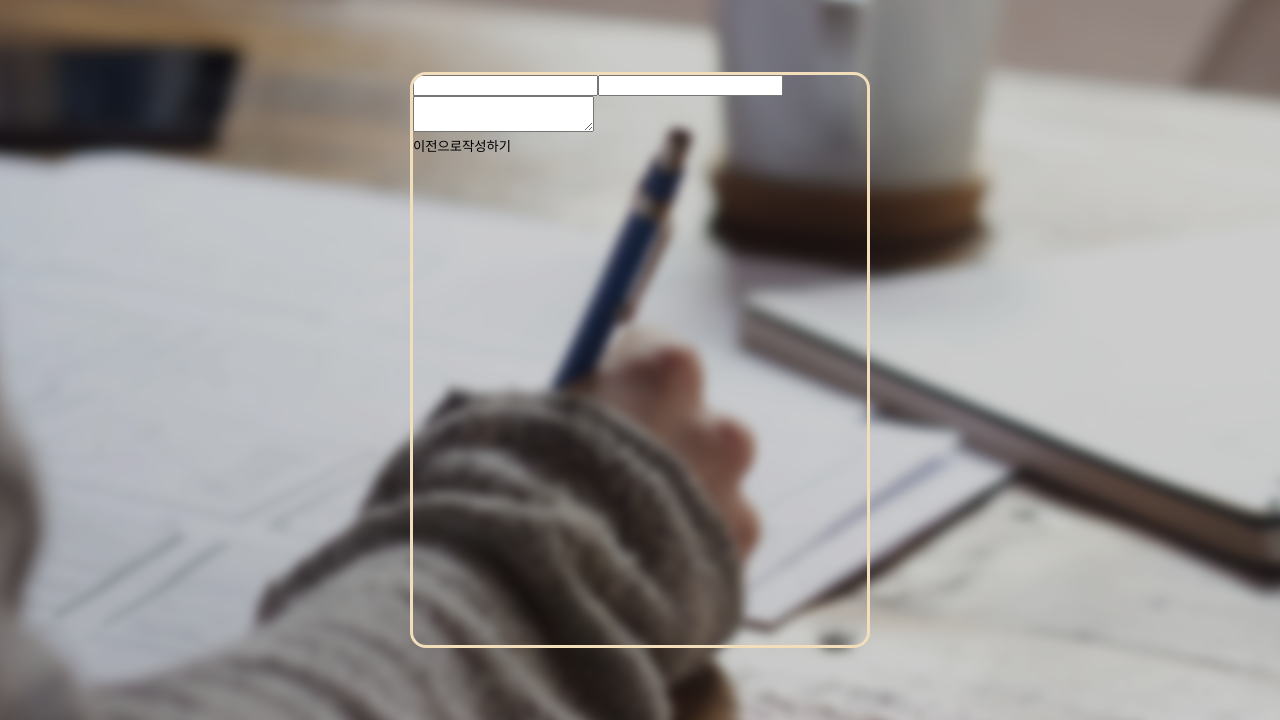
Repository: SeungYn/poje-frontend
Page: /portfolio/make
The author's editor kept a copy of each file at every save. The page is drawn from the files as they stood at one save, then again after the next save.
The browser window is 1280 px wide. The pictures show the whole page.
The project was rebuilt for these pictures with package versions that can differ from the ones it lists, and the page was loaded fresh each time. Also part of the build but not shown: craco.config.js, src/components/auth/styledComponets.ts, src/components/auth/AuthLoginForm.tsx, src/components/auth/AuthSideBanner.tsx, src/components/auth/AuthSignUpForm.tsx, src/components/auth/AuthFormTemplate.tsx, src/components/auth/Login.tsx, src/components/auth/SignUp.tsx and 16 more.

Above is the page before, as saved 2023-01-16 22:06:26.

After the next save:
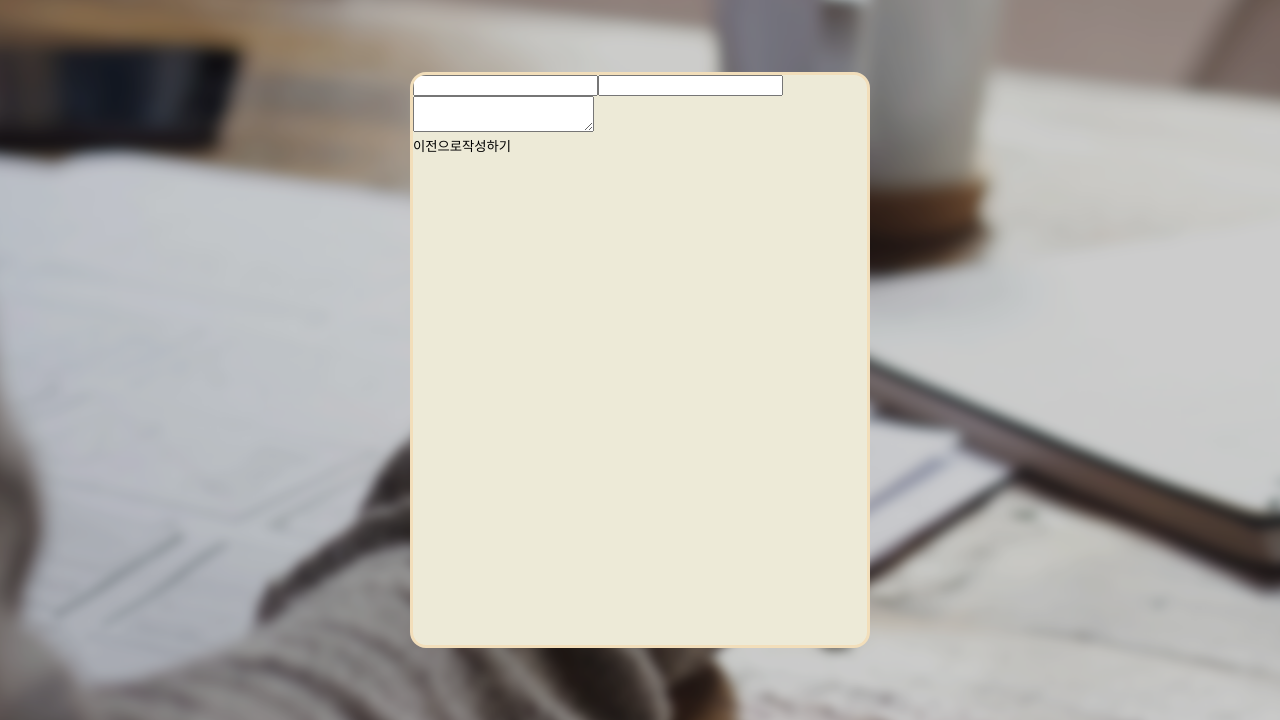
Saved 46 s later.
--- a/src/pages/portfolio/PortfolioMakePage.tsx
+++ b/src/pages/portfolio/PortfolioMakePage.tsx
@@ -54,4 +54,5 @@ const MakeForm = styled.form`
   width: 100%;
   border: 3px solid ${(props) => props.theme.mainColor};
   border-radius: 1rem;
+  background: rgb(237, 234, 215);
 `;
